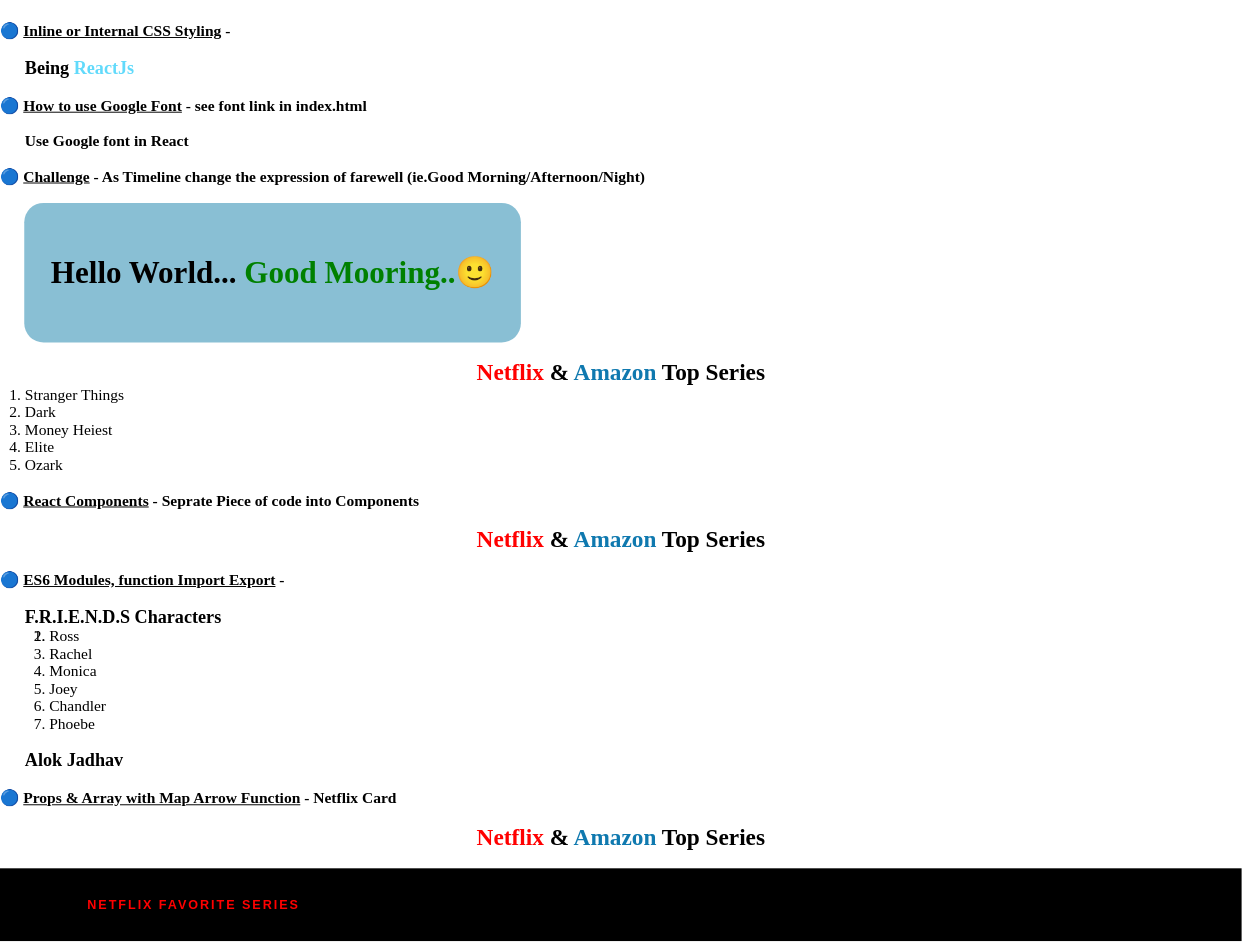
Repository: AalokJadhav/Being_ReactJS
Page: /
An editor plug-in stored every save of this project. The page is shown before and after the next save, followed by the edit.
The browser window is 1280 px wide. The pictures show the part of the page from y = 728 to 1700 px (the page is 3254 px tall before and 3229 px after), at 97% of full size.
Pictures or frames that could not be fetched are drawn as grey boxes. Some web fonts or font styles are not loaded; a fallback is used. The project was rebuilt for these pictures with package versions that can differ from the ones it lists, and the page was loaded fresh each time.

Above is the page before, as saved 2021-10-19 16:35:16.

### public/index.html
<!DOCTYPE html>
<html lang="en">

<head>
  <meta charset="utf-8" />
  <link rel="icon" href="%PUBLIC_URL%/favicon.ico" />
  <meta name="viewport" content="width=device-width, initial-scale=1" />
  <meta name="theme-color" content="#000000" />
  <meta name="description" content="Web site created using create-react-app" />
  <link rel="apple-touch-icon" href="%PUBLIC_URL%/logo192.png" />
  <!--
      manifest.json provides metadata used when your web app is installed on a
      user's mobile device or desktop. See https://developers.google.com/web/fundamentals/web-app-manifest/
    -->
  <link rel="manifest" href="%PUBLIC_URL%/manifest.json" />
  <link rel="preconnect" href="https://fonts.googleapis.com">
  <link rel="preconnect" href="https://fonts.gstatic.com" crossorigin>
  <link rel="preconnect" href="https://fonts.googleapis.com">
  <link rel="preconnect" href="https://fonts.gstatic.com" crossorigin>
  <link href="https://fonts.googleapis.com/css2?family=Festive&display=swap" rel="stylesheet">
    <!--
      Notice the use of %PUBLIC_URL% in the tags above.
      It will be replaced with the URL of the `public` folder during the build.
      Only files inside the `public` folder can be referenced from the HTML.

      Unlike "/favicon.ico" or "favicon.ico", "%PUBLIC_URL%/favicon.ico" will
      work correctly both with client-side routing and a non-root public URL.
      Learn how to configure a non-root public URL by running `npm run build`.
    -->
  <title>Being React</title>
</head>

<body>
  <noscript>You need to enable JavaScript to run this app.</noscript>
  <div id="root"></div>
  <!--
      This HTML file is a template.
      If you open it directly in the browser, you will see an empty page.

      You can add webfonts, meta tags, or analytics to this file.
      The build step will place the bundled scripts into the <body> tag.

      To begin the development, run `npm start` or `yarn start`.
      To create a production bundle, use `npm run build` or `yarn build`.
    -->
</body>

</html>

### src/index.js
// var React = require ('react');
// var ReactDom = require ('react-dom');

import React from 'react';
import ReactDom from 'react-dom';
import './index.css';
import App from './App';


ReactDom.render(<App />, document.getElementById('root'));

### src/index.css

*{margin: 0; padding: 0; box-sizing: border-box;};


.h3 {
  padding-left: 0%;
}
/* Style the header with a grey background and some padding */
.header {
  overflow: hidden;
  background-color: black;
  padding: 20px 10px;
}

/* Style the header links */
.header a {
  float: left;
  color: #fff;
  text-align: center;
  padding: 12px;
  text-decoration: none;
  font-size: 18px;
  line-height: 25px;
  border-radius: 4px;
}

/* Style the logo link (notice that we set the same value of line-height and font-size to prevent the header to increase when the font gets bigger */
.header a.logo {
  font-size: 25px;
  font-weight: bold;
  font-family: cursive;
  color: #61dafb;
}

/* Style the active/current link*/
.active {
  line-height: 50px;
}

/* Float the link section to the right */
.header-right {
  float: right;
}

.heart {
	font-size: 25px;
	color: #e00;
	animation: beat .25s infinite alternate;
	transform-origin: center;
}

/* Heart beat animation */
@keyframes beat{
	to { transform: scale(1.4); }
}

.googlefont {
  font-family: 'Festive', cursive;
}
/* Add media queries for responsiveness - when the screen is 500px wide or less, stack the links on top of each other */
@media screen and (max-width: 500px) {
  .header a {
    float: none;
    display: block;
    text-align: left;
  }
  .header-right {
    float: none;
  }
}

.img_div img{
  width: 33%;
  height: 5%;
  margin: auto;
  padding-left: 2%;
}

.content {
  padding-left: 2%;
}
.sHeading {
  text-align: center;
}

.challenge1 {
  background-color: rgb(137, 191, 212);
  width: 40%;
  height: 20vh;
  display: flex;
  justify-content: center;
  align-items: center;
  margin-top: -0px;
  margin-left: 25px;
  border-radius: 20px;
}

.heading_styleN  {
  padding: 30px 0;
  padding-left: 90px;
  text-align: left;
  font-family: "Raleway", sans-serif;
  text-transform: uppercase;
  font-size: 13px;
  letter-spacing: 2px;
  font-weight: 5000;
  color: red;
  background-color: black;
  font-size: 1.rem;
  margin-bottom: -50px;
}

.netflixlogo {
  height: 29px;
  float: right;
  padding-right: 90px;

}
.heading_styleA  {
  padding: 30px 0;
  padding-left: 90px;
  text-align: left;
  font-family: "Raleway", sans-serif;
  text-transform: uppercase;
  font-size: 13px;
  letter-spacing: 2px;
  font-weight: 5000;
  color: white;
  background-color: #0f79af;
  font-size: 1.rem;
  margin-bottom: -50px;
}

.primelogo {
  height: 29px;
  float: right;
  padding-right: 90px;
}

.cards {
  width: 100%;
  height: auto;
}

.card {
  margin: 6%;
  transition: all 0.4s cubic-bezier(0.175, 0.885, 0, 1);
  width: 21.25%;
  border-radius: 12px;
  background-color: red;
  box-shadow: 0px 13px 10px -7px rgb(0, 0, 0, 0.1);
  float: left;
}

.card:hover {
  box-shadow: 0px 30px 18px  -8px  rgb(0, 0, 0, 0.1);
  transform: scale(1.05, 1.05);
  background-color: green;

}
.card__img {
  width: 100%;
  height: 300px;
  border-top-left-radius: 12px;
  border-top-right-radius: 12px;

}

.card__info {
  background-color: #fff;
  border-bottom-left-radius: 12px;
  border-bottom-left-radius: 12px;
  background-color: #fff;
}

.card__category {
  font-family: "Raleway", sans-serif;
  text-transform: uppercase;
  font-size: 13px;
  letter-spacing: 2px;
  font-weight: 500;
  color: #868686;
  background-color: #fff;


}

.card__title {
  margin-top: 5px;
  margin-bottom: 10px;
  text-transform: capitalize;
  font-family: "Raleway", sans-serif;
  background-color: #fff;

}

button {
  padding: 5px 8px;
  font-family: "Raleway", sans-serif;
  text-transform: uppercase;
  font-size: 13px;
  letter-spacing: 2px;
  font-weight: 1000;
  color: red;
  background-color: #fff;
  outline: none;
  border: 1px solid black;
  cursor: pointer;
}

### src/App.js
import React from "react";
import './index.css';

import Navbar from './Header'
import List from "./List";
import CurrentDate from "./CurrentDate";
import RandomImages from "./RandomImages";
import InlineCss from "./InlineCss";
import SimpleGreeting from './SimpleGreeting';
import GoogleFont from "./GoogleFont";
import RComponents from "./RComponents";
import NetflixCard from "./NetflixCard";
import IfElse from "./IfElse";


function App() {

  return (
    <>
      <Navbar /><br /><br /><br /><br />
      <h4>Hello  World From ReactJS...✋</h4><br />
      <CurrentDate />
      <RandomImages />
      <InlineCss /> <br />
      <GoogleFont />
      <SimpleGreeting />
      <List />
      <RComponents />
      <NetflixCard />
      <IfElse />
    </>
  );
}



export default App;


//In Pure JavaScript
var h3 = document.createElement('h3');
h3.innerHTML = 'Hello  World From Pure JavaScript...❤❤❤';
document.getElementById('root').appendChild(h3);

### src/Header.jsx
import React from "react";




function Navbar() {

  return (
    <>
    <div className="header">
        <a href="#default" className="logo"><span style={{ color: 'white'}}>Being</span> &nbsp;
        <img src="data:[embedded picture, 514 characters]" alt="" height="20"  />
           &nbsp; React</a>
      <div className="header-right">
        <h5 className="active" style={{ color: 'white'}}>Made with <span className="heart">&#x2665;</span> by Alok Jadhav</h5>
        </div>
      </div>
    </>
  );
}
export default Navbar;

### src/List.jsx
import React from "react";
import './index.css';
import Title from "./Title";

function List() {
  return (
    <>
      <Title />
      <div className="content">

        <ol>
          <li>Stranger Things</li>
          <li>Dark</li>
          <li>Money Heiest</li>
          <li>Elite</li>
          <li>Ozark</li>
        </ol>
      </div>
      <br />
    </>
  );
}

export default List;

### src/CurrentDate.jsx
import React from "react";


const fullDate = new Date();
const date = fullDate.toLocaleDateString();
const time = fullDate.toLocaleTimeString();


function CurrentDate() {
    return (
        <>
        <h4>🔵 <u>Display Current date and time in JSX</u> -</h4><br />
        <div className="content">
          <p>Current Date is {`${date}`} </p>
          <p>Current Time is {`${time} `} </p>
        </div>
        <br />
        </>
    );
  }

export default CurrentDate;

### src/RandomImages.jsx
import React from "react";
import './index.css';

const RandomImgUrl = 'https://picsum.photos/2000';
const RandomImgUrl1 = 'https://picsum.photos/900';
const RandomImgUrl2 = 'https://picsum.photos/800';

function RandomImages() {
  return (
    <>
    <h4>🔵 <u>JSX Attributes for random image</u> -</h4><br />
  <div className="img_div">
    <img src={RandomImgUrl} alt='random image1' />
    <img src={RandomImgUrl1} alt='random image2' />
    <img src={RandomImgUrl2} alt='random image3' />
  </div>
  <br />
  </>
  );
}

export default RandomImages;

### src/InlineCss.jsx
function InlineCss() {
    return (
        <>
            <h4 >🔵 <u>Inline or Internal CSS Styling</u> -</h4><br/>
            <div className="content">
            <h3>Being <span style={{ color: '#61dafb', fontFamily: 'serif' }}>ReactJs</span> </h3>
            </div>
        </>
    )
}

export default InlineCss;

### src/SimpleGreeting.jsx
const CurrDate = new Date(2021, 14, 10, 9);
const hour = CurrDate.getHours();
let greeting = '';

const cssStyle = {}

if (hour >= 1 && hour < 12) {
    greeting = 'Good Mooring..🙂';
    cssStyle.color = 'green';
} else if (hour >= 12 && hour < 19) {
    greeting = 'Good Afternoon..🙄';
    cssStyle.color = 'orange';
} else {
    greeting = 'Good Night..😴';
}

function SimpleGreeting() {
    return (
        <>
            <h4>🔵 <u>Challenge</u> - As Timeline change the expression of farewell (ie.Good Morning/Afternoon/Night)</h4><br />
            <div className="challenge1">
                <h1>Hello World...<span style={cssStyle}> {greeting}</span></h1>
            </div>
            <br />
        </>
    )
}

export default SimpleGreeting;

### src/GoogleFont.jsx
import React from "react";
import './index.css';


function GoogleFont() {
  return (
    <>
    <h4>🔵 <u>How to use Google Font</u> -  see font link in index.html </h4><br/>
  <div className="content">
    <h4 className="googlefont">Use Google font in React </h4>
  </div>
  <br />
  </>
  );
}

export default GoogleFont;

### src/RComponents.jsx
import React from 'react';
import Title from './Title';
import AllCharacter from './AllCharacter';

function RComponents() {
    return (
        <>
            <h4>🔵 <u>React Components</u> - Seprate Piece of code into Components</h4><br />
            <Title />
            <br />
            <AllCharacter />
            <br />
        </>
    )
}

export default RComponents;

### src/NetflixCard.jsx
import React from "react";
import Card from "./Card";
import Sdata from "./Sdata";
import Title from "./Title";

function NetflixCard() {

    return (
        <>
            <h4>🔵 <u>Props & Array with Map Arrow Function</u> - Netflix Card</h4><br />
            <Title /><br />
            <h1 className="heading_styleN" >Netflix Favorite  Series</h1>
            {Sdata.map((val, index) => {
                console.log(index);
                return (
                    <Card
                        key={val.id}
                        imgsrc={val.imgsrc}
                        title={val.title}
                        sname={val.sname}
                        link={val.link} />
                )
            })
            }
        </>
    )
}

export default NetflixCard;

### src/IfElse.jsx
import React from "react";
import Card from "./Card";
import Sdata from "./Sdata";


const FavSeries = 'netflix';

function IfElse() {
    if (FavSeries === 'netflix') {
        return (
            <>
            <h4>🔵 <u>If Else Statement</u> - Cards Show with Condition</h4><br />
            <h1 className="heading_styleA" >Amazon Originals <img className="primelogo" src='https://upload.wikimedia.org/wikipedia/commons/thumb/1/11/Amazon_Prime_Video_logo.svg/800px-Amazon_Prime_Video_logo.svg.png'></img> </h1>
            <Card
                key={Sdata[1].id}
                imgsrc={Sdata[1].imgsrc}
                title={Sdata[1].title}
                sname={Sdata[1].sname}
                link={Sdata[1].link} />
        </>
        )
          } else {
              return  (
            <>
            <br />
            <h4>🔵 <u>If Else Statement</u> - Cards Show with Condition</h4><br />
            <h1 className="heading_styleN" >A Netflix Originals <img className="netflixlogo" src='https://upload.wikimedia.org/wikipedia/commons/thumb/0/08/Netflix_2015_logo.svg/799px-Netflix_2015_logo.svg.png'></img> </h1>
                <Card
                    key={Sdata[2].id}
                    imgsrc={Sdata[2].imgsrc}
                    title={Sdata[2].title}
                    sname={Sdata[2].sname}
                    link={Sdata[2].link} />
                    </>
              )


}
}

export default IfElse;

### src/Title.jsx
import React from "react";


function Title() {
    return (
        <div className="sHeading">
            <h2><span style={{color: 'red'}}>Netflix</span> & <span style={{color: '#0f79af'}}>Amazon</span> Top Series</h2>
        </div>

    )
}



export default Title;

### src/AllCharacter.jsx
// import { FullName } from './FullName';



const Characters = ['Ross', 'Rachel', 'Monica', 'Joey', 'Chandler', 'Phoebe'];
const AllCharacters = [];

let name = 'Alok Jadhav';
const Myname = name

Characters.forEach(function (data) {
  AllCharacters.push(<li>{data}</li>);
});

function AllCharacter() {
  return (
    <>
      <h4>🔵 <u>ES6 Modules, function Import Export</u> - </h4><br />
      <div className="content">
        <h3>F.R.I.E.N.D.S Characters</h3>
        <ol className="content">
          <li>{AllCharacters}</li>
        </ol>
        <br />
        <h3>{Myname}</h3>
      </div>
    </>
  )
}

export default AllCharacter;

### src/Card.jsx
import React from "react";
import Images from "./CardImages";
import NcardHeading from "./NcardHeading";

function Card(props) {
    return (
      <>
        <div className="cards">
          <div className="card">
            <Images  imgsrc={props.imgsrc}/>
            <div className="card__info">
              <span className="card__category">{props.title}</span>
              <NcardHeading sname={props.Sname} />
              <a href={props.link} target="_blank" rel="noreferrer">
                <button>Watch Now</button>
              </a>
            </div>
          </div>
        </div>
      </>
    )
  }

  export default Card;

### src/Sdata.jsx
const Sdata = [
  {
    id: 1,
    imgsrc:
      "http://cdn.shopify.com/s/files/1/0151/0741/products/pg1004_1024x1024.jpg?v :1578633269",
    title: "A Netflix Series",
    sname: "F.R.I.E.N.D.S",
    link: "https://www.netflix.com/in/title/70153404",
  },
  {
    id: 2,
    imgsrc: "https://talenthouse-res.cloudinary.com/image/upload/c_limit,fl_progressive,h_1280,w_1280/v1542188034/user-849291/submissions/mfa0no5fxv0d2t40jgpt.jpg",
    title: "The Amazon Original",
    sname: "Mirzapur",
    link: "https://www.primevideo.com/detail/Mirzapur/0PDOKMV9CRLOMO5EUKNCUJLG4Q",
  },
  {
    id: 3,
    imgsrc: "https://wallpapercave.com/wp/wp4056407.jpg",
    title: "A Netflix Series",
    sname: "Dark",
    link: "https://www.netflix.com/in/title/80100172",
  },
  {
    id: 4,
    imgsrc: "https://i1.wp.com/urbanasian.com/wp-content/uploads/2021/01/C5171E29-D5A4-4E14-99B2-CA462FC48FA2.png?fit=525%2C453&ssl=1",
    title: "The Amazon Original",
    sname: "The Family Man",
    link: "https://www.primevideo.com/detail/The-Family-Man/0H3DDB4KBJFNDCKKLHNRLRLVKQ",
  },
  {
    id: 5,
    imgsrc: "https://wallpapercave.com/wp/wp1839578.jpg",
    title: "A Netflix Series",
    sname: "Stranger Things",
    link: "https://www.netflix.com/in/title/80057281",
  },
  {
    id: 6,
    imgsrc: "https://www.91-cdn.com/hub/wp-content/uploads/2021/07/Paatal-Lok-highest-rated-Hindi-web-series-to-watch-on-Amazon-Prime-Video.jpg?tr=q-100",
    title: "The Amazon Original",
    sname: "Paatal Lok",
    link: "https://www.primevideo.com/detail/Paatal-Lok/0G9IEOHCN8KMY6COD9ILGH7IY5",
  },
];

export default Sdata;

### src/CardImages.jsx
import React from "react";

const Images = (props) => {
    return <img src={props.imgsrc} alt="friends" className="card__img"  />

};

export default Images;

### src/NcardHeading.jsx
import React from "react";

const NcardHeading = (props) => {
  return  <h3 className="card__title">{props.Sname}</h3>
}

export default NcardHeading;

After the next save:
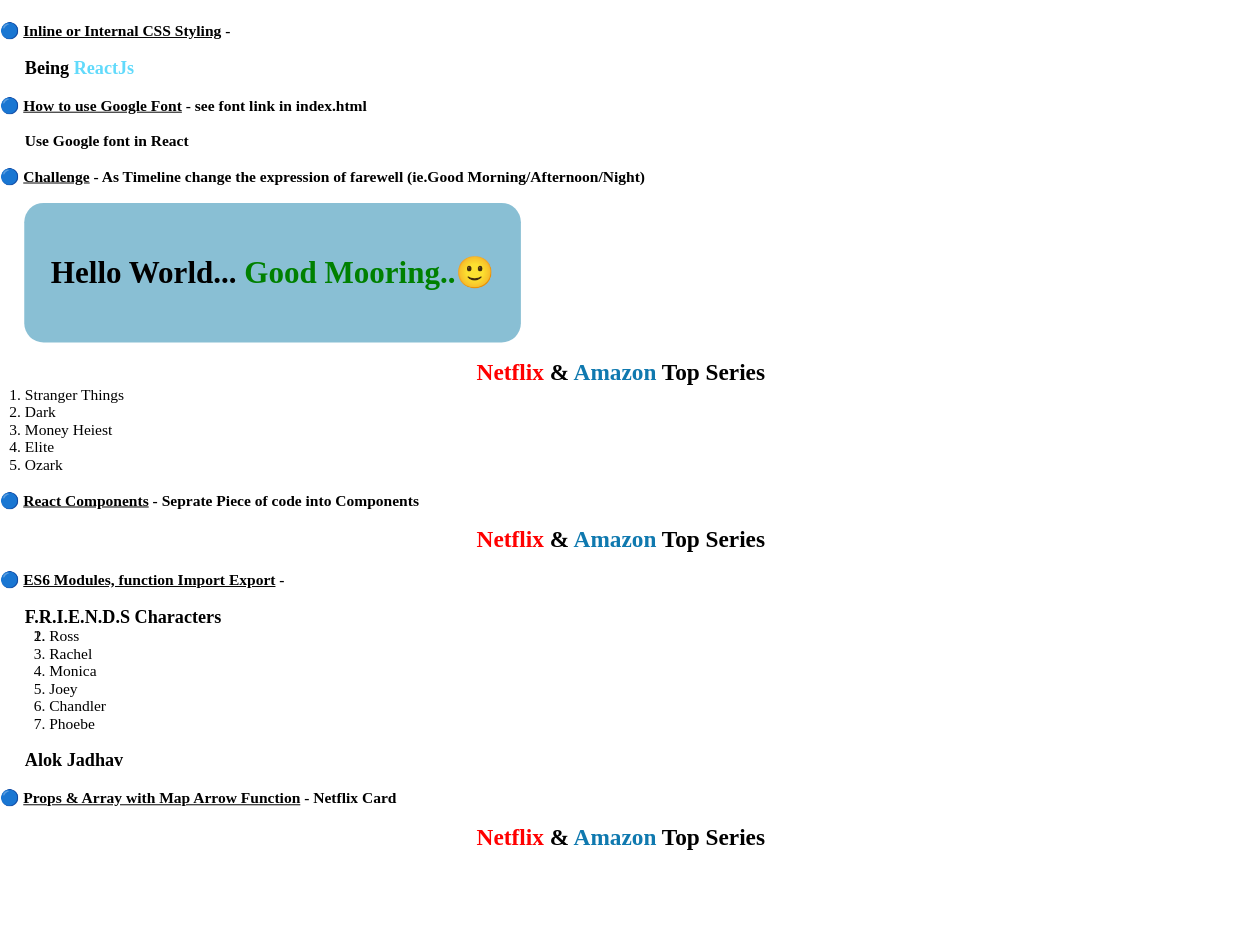
Saved 63 s later.
--- a/src/NetflixCard.jsx
+++ b/src/NetflixCard.jsx
@@ -9,7 +9,7 @@
         <>
             <h4>🔵 <u>Props & Array with Map Arrow Function</u> - Netflix Card</h4><br />
             <Title /><br />
-            <h1 className="heading_styleN" >Netflix Favorite  Series</h1>
+            {/* <h1 className="heading_styleN" >Netflix Favorite  Series</h1> */}
             {Sdata.map((val, index) => {
                 console.log(index);
                 return (
